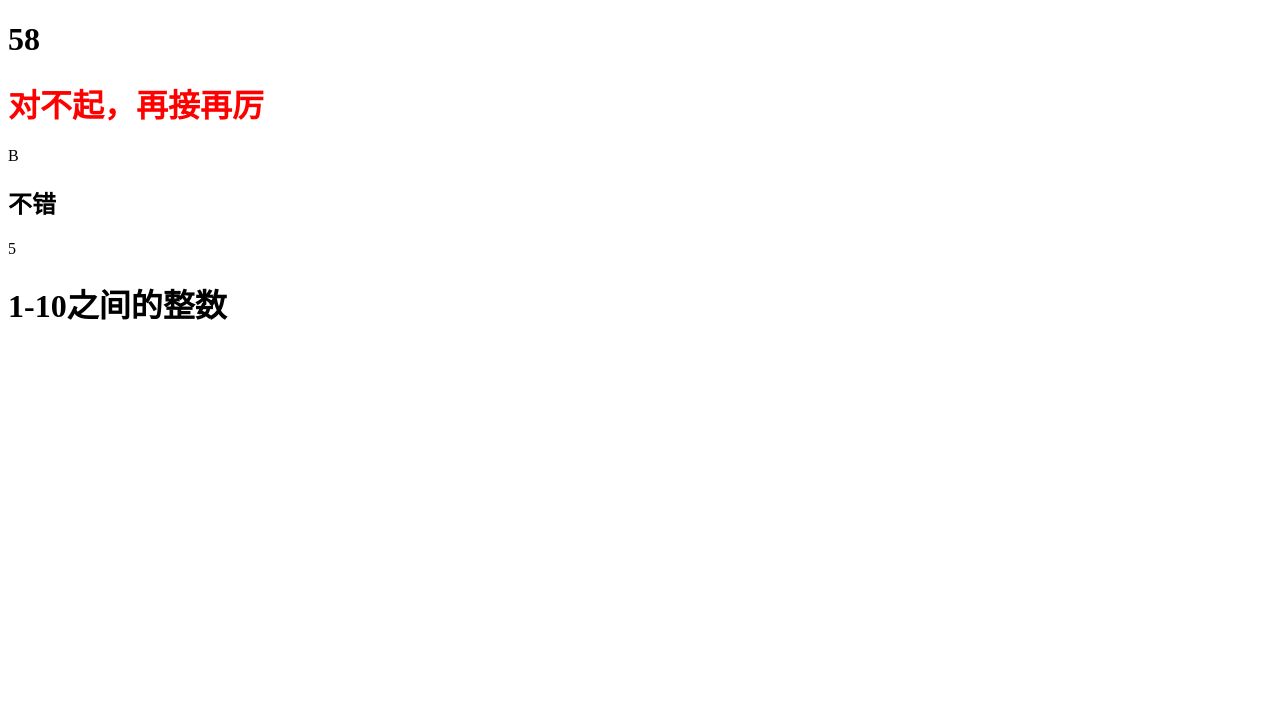
Repository: linqinyun/JavaCode
Page: http://localhost/jstl/jstl
The author's editor kept a copy of each file at every save. The page is drawn from the files as they stood at one save, then again after the next save.
The browser window is 1280 px wide. The pictures show the whole page.
The page is served by Tomcat 9.

Above is the page before, as saved 2020-11-17 02:43:20.

After the next save:
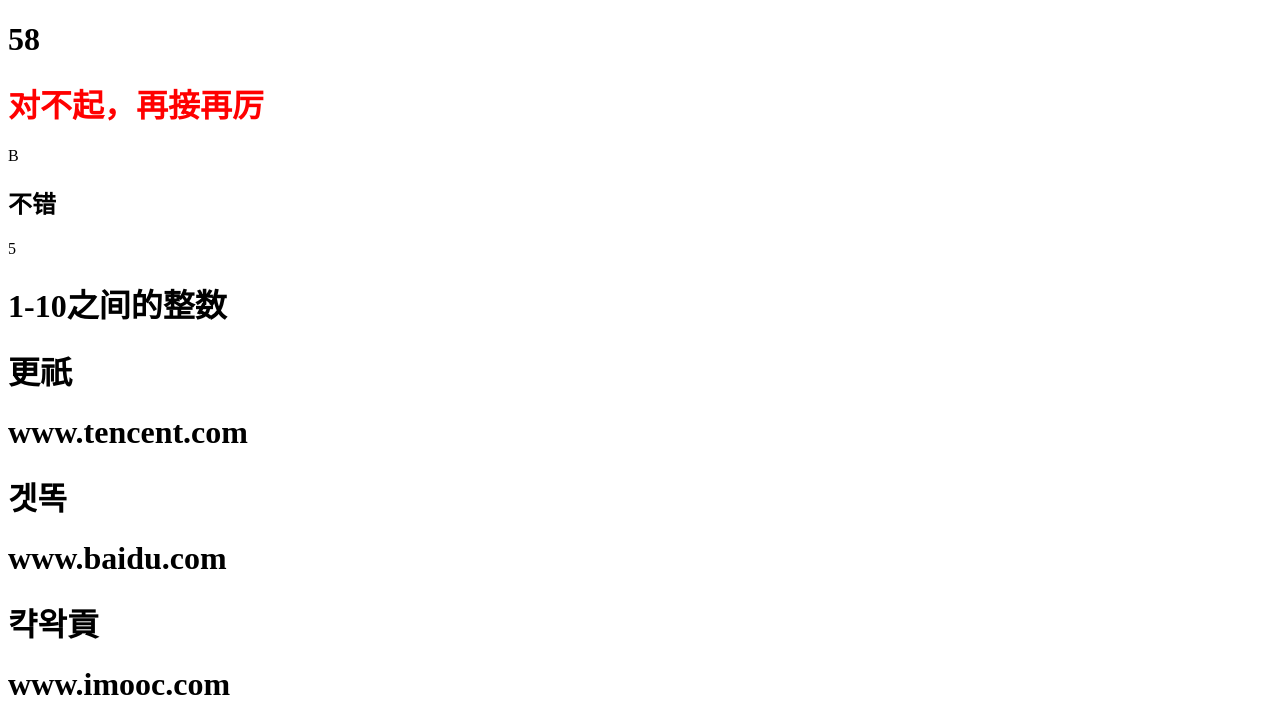
Saved 110 s later.
--- a/jstl/WebContent/core.jsp
+++ b/jstl/WebContent/core.jsp
@@ -48,6 +48,9 @@
 	</c:if>
 	<!-- 星期判断 -->
 	<!-- 遍历 -->
-
+	<c:forEach var="p" items="${company }" varStatus="idx">
+		<h1>${p.cname }</h1>
+		<h1>${p.url }</h1>
+	</c:forEach>
 </body>
 </html>
